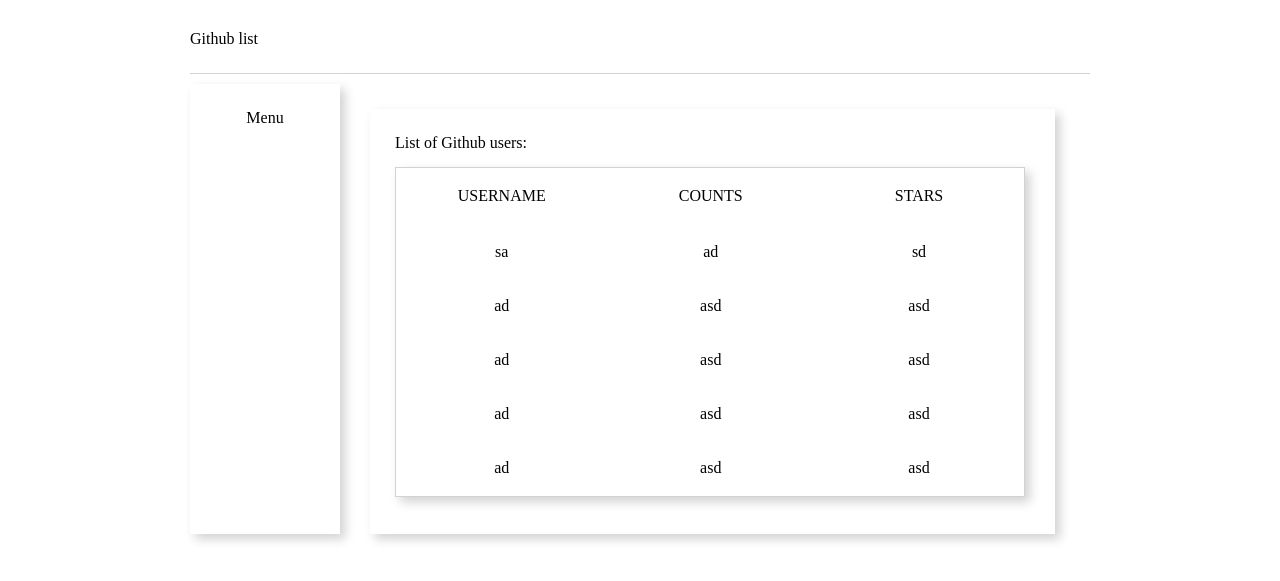
Repository: SzymonRoche/gitStars
Page: index.html
These files come from the project's save history. The page is drawn as it stood at one moment and after the next save; the edit follows.
The browser window is 1280 px wide. The pictures show the whole page.

Above is the page before, as saved 2020-02-15 18:17:20.

After the next save:
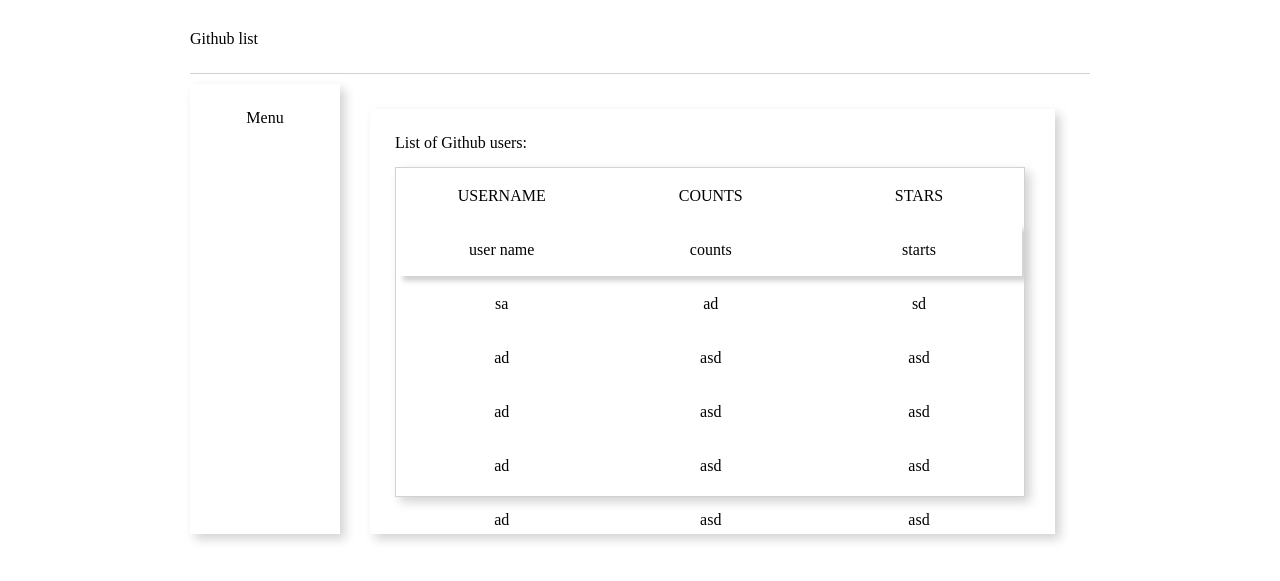
Saved 10 min 18 s later.
--- a/index.html
+++ b/index.html
@@ -18,7 +18,7 @@
     <table class="my-table">
 
 
-        <TR class="firts">
+        <TR class="firts"> <TD> user name </TD><TD> counts </TD><TD> starts </TD></TR>
 
         <TR> <TD> sa</TD><TD> ad</TD><TD> sd</TD></TR>
         <TR> <TD>ad </TD><TD> asd</TD><TD> asd</TD></TR>
